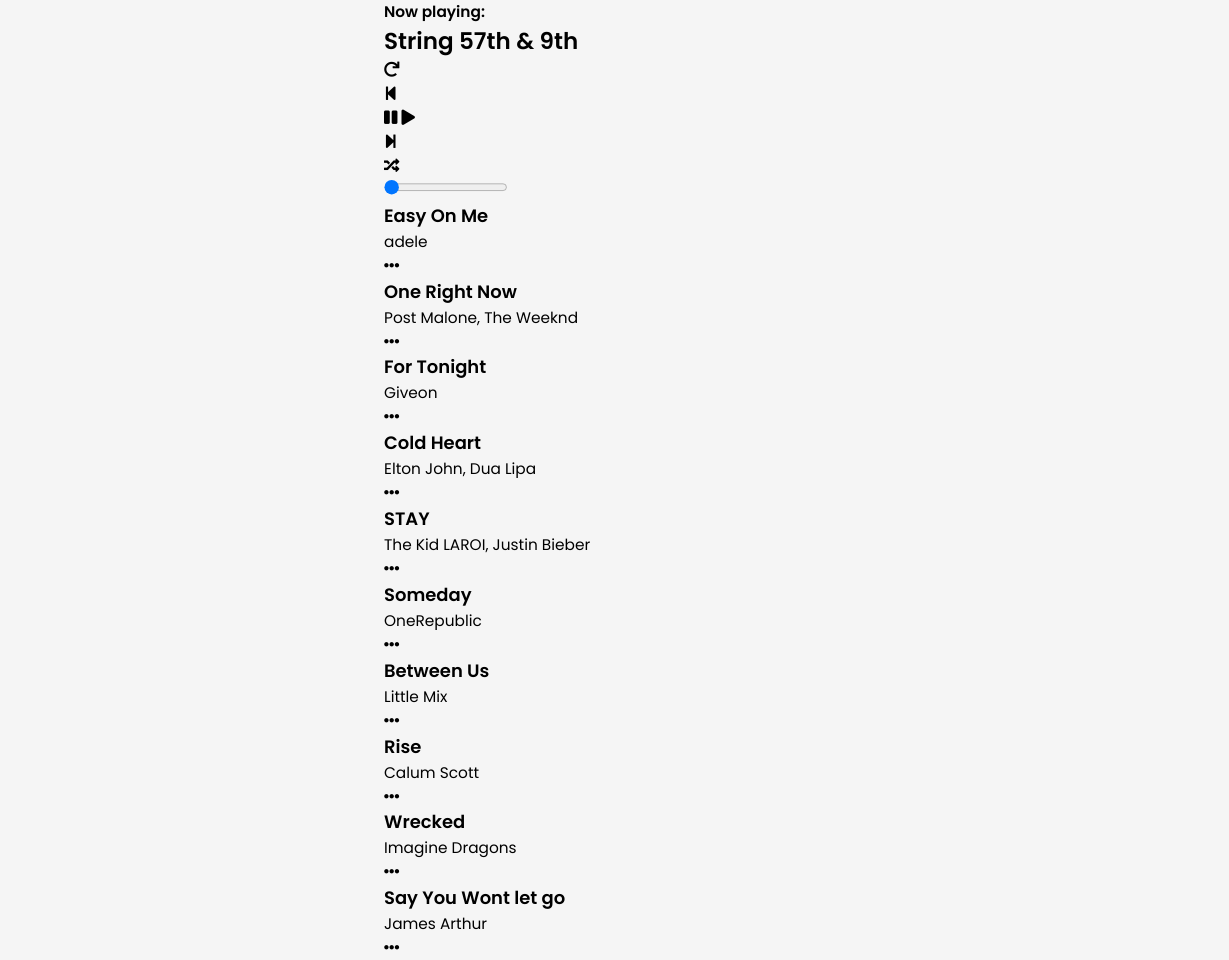
Repository: maivannhan1998/MusicPlayer.github.io
Page: index.html
An editor plug-in stored every save of this project. The page is shown before and after the next save, followed by the edit.
The browser window is 1280 px wide. The pictures show the whole page, at 96% of full size.
Pictures or frames that could not be fetched are drawn as grey boxes.

Above is the page before, as saved 2021-11-09 15:14:47.

After the next save:
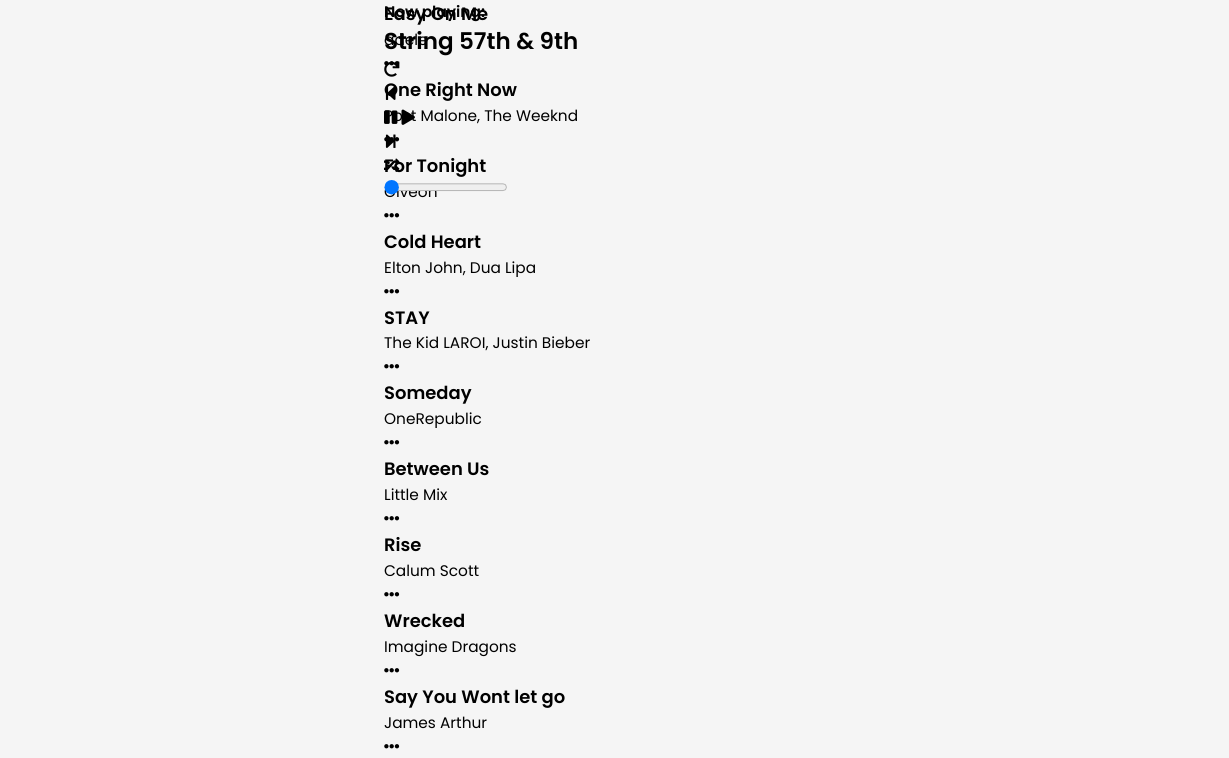
Saved 39 s later.
--- a/assets/css/main.css
+++ b/assets/css/main.css
@@ -24,9 +24,6 @@
   margin: 0 auto;
 }
 
-/* .dashboard {
-  position: fixed;
-  padding: 16px 16px 14px;
-  background-color: #fff;
-
-} */
+.dashboard {
+  position :fixed;
+}
